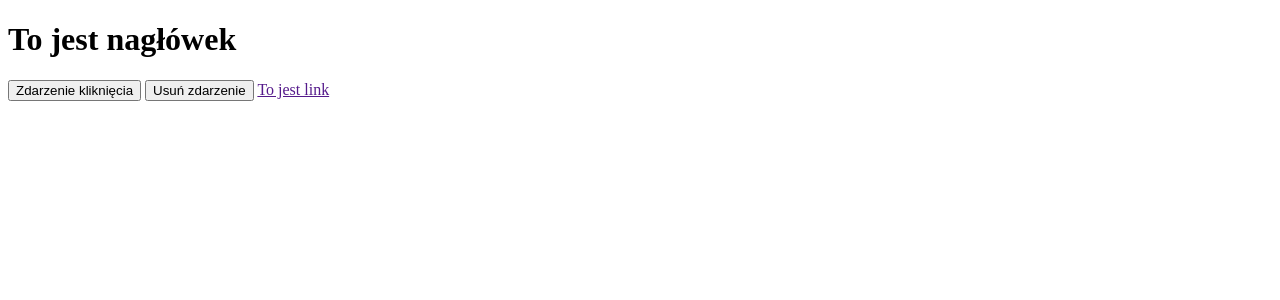
Repository: magdaf41/jQuery
Page: zadanie 3/index.html
These files come from the project's save history. The page is drawn as it stood at one moment and after the next save; the edit follows.
The browser window is 1280 px wide. The pictures show the whole page.

Above is the page before, as saved 2020-09-09 20:27:10.

### zadanie 3/index.html
<!DOCTYPE html>
<html>

<head>
    <meta charset=utf-8 />
    <title>Return first and last name from a form - w3resource</title>
</head>

<body>
    <h1>To jest nagłówek</h1>
    <button id="click-button">Zdarzenie kliknięcia</button>
    <button id="remove-event">Usuń zdarzenie</button>

    <a href="">To jest link</a>
    <script src="js/jquery-3.5.1.min.js"></script>
    <script src="js/main.js"></script>

</body>

</html>

### zadanie 3/js/main.js
$(document).ready(function () {
    $('#click-button').click(function () {
        $('h1').toggleClass('color', 'orange'); {
            $(this).css('background-color', 'green');
        }
        });

        // $('a').on('click', function(e){
        //     e.preventDefault();
        //     $(this).css('font-size', '2em');
        // });

        function changeFontSize(e) {
            e.preventDefault();
            $(this).css('font-size', '2em');
        }
        $('a').on('click', changeFontSize);


        $('#click-button').on({
            focus: function(){
            $(this).css('border', '10px solid red');
            },
            blur: function(){
                $(this).css('border', '0px solid red')
            }
        });

        $('#remove-event').click(function(){
            $('a').off('click', changeFontSize);
        });

        $('#click-button').off('click');

        $('#click-button').off();
});

Loaded but not shown: zadanie 3/js/jquery-3.5.1.min.js (library)

After the next save:
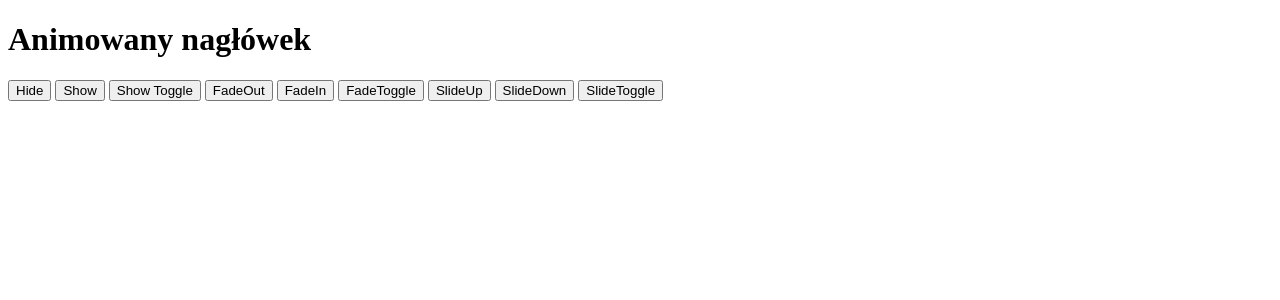
Saved 5 min 50 s later.
--- a/zadanie 3/index.html
+++ b/zadanie 3/index.html
@@ -7,11 +7,17 @@
 </head>
 
 <body>
-    <h1>To jest nagłówek</h1>
-    <button id="click-button">Zdarzenie kliknięcia</button>
-    <button id="remove-event">Usuń zdarzenie</button>
+    <h1>Animowany nagłówek</h1>
 
-    <a href="">To jest link</a>
+    <button id="hide">Hide</button>
+    <button id="show">Show</button>
+    <button id="show-toggle">Show Toggle</button>
+    <button id="fade-out">FadeOut</button>
+    <button id="fade-in">FadeIn</button>
+    <button id="fade-toggle">FadeToggle</button>
+    <button id="slide-up">SlideUp</button>
+    <button id="slide-down">SlideDown</button>
+    <button id="slide-toggle">SlideToggle</button>
     <script src="js/jquery-3.5.1.min.js"></script>
     <script src="js/main.js"></script>
 
